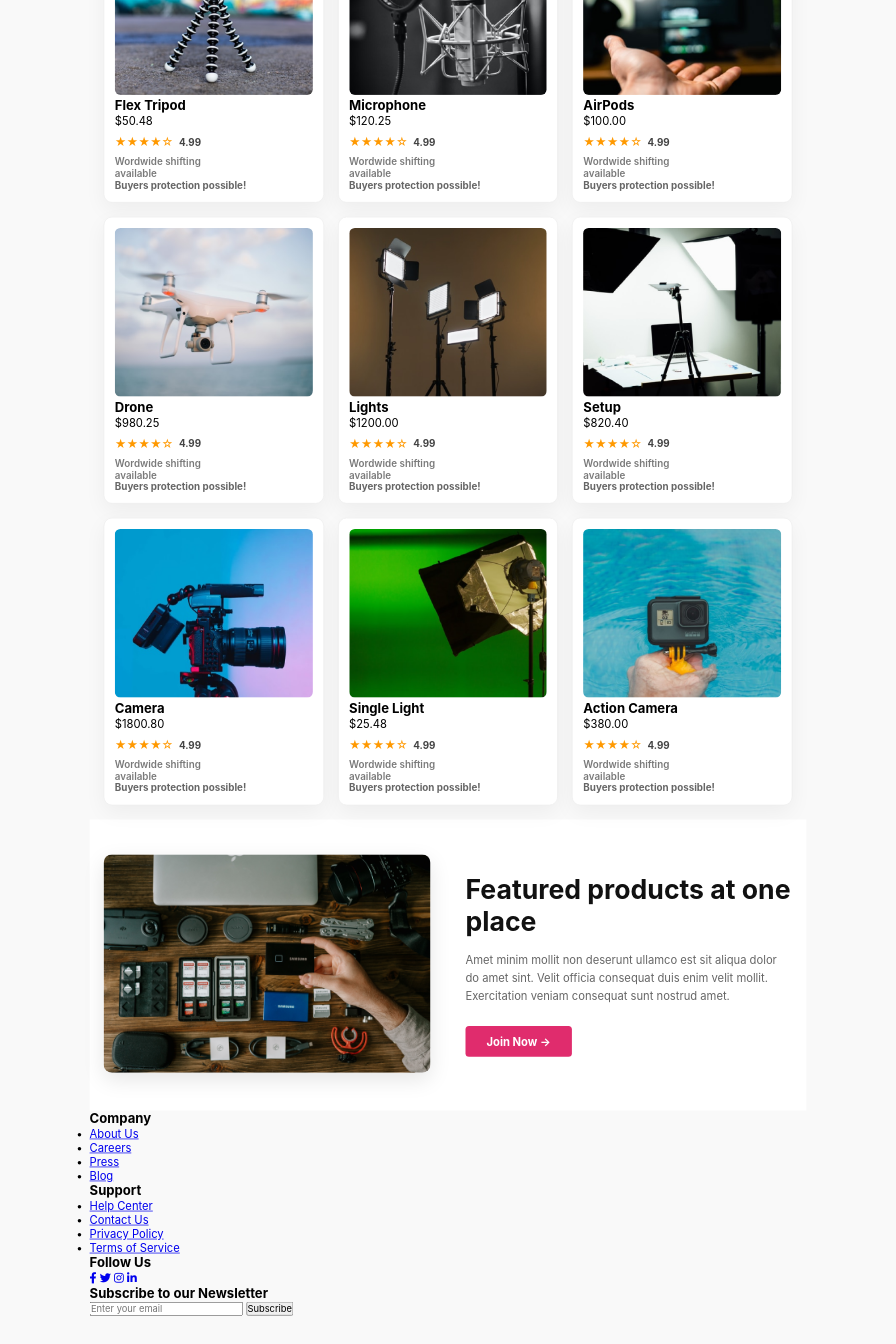
Repository: Saiful21Islam/Influencer-products
Page: it.html
These files come from the project's save history. The page is drawn as it stood at one moment and after the next save; the edit follows.
The browser window is 1280 px wide. The pictures show the part of the page from y = 1141 to 3061 px (the page is 3061 px tall before and 2768 px after), at 70% of full size.

Above is the page before, as saved 2026-03-11 12:07:25.

### it.html
<!DOCTYPE html>
<html lang="en">

<head>
    <meta charset="UTF-8">
    <meta name="viewport" content="width=device-width, initial-scale=1.0">
    <title>Influencer Products</title>
    <link rel="stylesheet" href="style.css">
    <link rel="stylesheet" href="https://cdnjs.cloudflare.com/ajax/libs/font-awesome/6.0.0/css/all.min.css">
</head>
<style>
    * {
        margin: 0;
        padding: 0;
        box-sizing: border-box;
        font-family: 'Inter', sans-serif;
    }

    body {
        background-color: #f9f9f9;
        padding: 40px 10%;
    }

    .product-grid {
        display: grid;
        grid-template-columns: repeat(3, 1fr);
        gap: 30px;
    }

    .product-card {
        background: #fff;
        padding: 15px;
        border-radius: 12px;
        text-align: left;
        box-shadow: 0 10px 30px rgba(0, 0, 0, 0.05);
        transition: 0.3s;
    }

    .product-card:hover {
        transform: translateY(-5px);
    }

    .thumbnail {
        width: 100%;
        height: auto;
        border-radius: 8px;
        overflow: hidden;
        margin-bottom: 15px;
    }

    .thumbnail img {
        width: 100%;
        height: 100%;
        object-fit: cover;
    }

    .card-content h3 {
        font-size: 22px;
        color: #3A3A3A;
        margin-bottom: 5px;
    }

    .price {
        font-size: 20px;
        font-weight: 500;
        margin-bottom: 10px;
    }

    .rating {
        display: flex;
        align-items: center;
        gap: 5px;
        margin-bottom: 10px;
    }

    .rating i {
        color: #FF9800;
        font-size: 14px;
    }

    .rating-number {
        color: #787885;
        font-size: 14px;
    }

    .desc {
        color: #787885;
        font-size: 14px;
        line-height: 1.5;
    }

    @media (max-width: 768px) {
        .product-grid {

            grid-template-columns: repeat(1, 1fr);
        }
    }
</style>

<body>

    <nav class="navbar">
        <a href="#" class="logo">Influencer products</a>
        <ul class="nav-links">
            <li><a href="#">Home</a></li>
            <li><a href="#">Products</a></li>
            <li><a href="#">Sign up</a></li>
            <li><a href="#">Log In</a></li>
            <div class="nav-icons">
                <i class="fa-solid fa-magnifying-glass"></i>
                <div class="cart-icon"><i class="fa-solid fa-cart-shopping"></i><span class="cart-dot"></span></div>
            </div>
        </ul>
    </nav>

    <header class="hero">
        <div class="hero-content">
            <h1>Start your Journey as Influencer</h1>
            <p>Lorem ipsum dolor sit amet, consectetur adipiscing elit. Sem vestibulum sed scelerisque eros. Lectus
                faucibus.</p>
            <a href="#" class="btn-pink">Preebook now <i class="fa-solid fa-arrow-right"></i></a>
        </div>
        <div class="hero-image-container">
            <img src="images/Circle design.svg" alt="Circle Background" class="circle-image">

            <img src="images/main-camera.png" alt="Fujifilm Camera" class="camera-image">
        </div>
        </div>
        </div>
    </header>

    <section class="brand-section">
        <div class="logos-container">
            <img src="logos/Alibaba.svg" alt="Brands">
            <img src="logos/amazon.svg" alt="Brands">
            <img src="logos/Daraz.pk Logo.svg" alt="Brands">
            <img src="logos/ebay.svg" alt="Brands">
            <img src="logos/Rakuten.svg" alt="Brands">
            <img src="logos/Target.svg" alt="Brands">
            <img src="logos/Walmart.svg" alt="Brands">
        </div>
    </section>

    <section class="collection-section">
        <h2 class="title">Popular Collection</h2>
        <div class="product-container">
            <div class="product-card">
                <img src="images/tripod.png" alt="Tripod">
                <h3>Flex Tripod</h3>
                <p>$50.48</p>
                <div class="stars">
                    ★★★★☆ <span class="rating-num">4.99</span>
                </div>

                <p class="details">Wordwide shifting</p>
                <p class="details">available</p>
                <p class="details">Buyers protection possible!</p>
            </div>

            <div class="product-card">
                <img src="images/mic.png" alt="Microphone">
                <h3>Microphone</h3>
                <p>$120.25</p>
                <div class="stars">
                    ★★★★☆ <span class="rating-num">4.99</span>
                </div>

                <p class="details">Wordwide shifting</p>
                <p class="details">available</p>
                <p class="details">Buyers protection possible!</p>
            </div>

            <div class="product-card">
                <img src="images/airpod.png" alt="airpod">
                <h3>AirPods</h3>
                <p>$100.00</p>
                <div class="stars">
                    ★★★★☆ <span class="rating-num">4.99</span>
                </div>

                <p class="details">Wordwide shifting</p>
                <p class="details">available</p>
                <p class="details">Buyers protection possible!</p>
            </div>

            <div class="product-card">
                <img src="images/drone.png" alt="drone">
                <h3>Drone</h3>
                <p>$980.25</p>
                <div class="stars">
                    ★★★★☆ <span class="rating-num">4.99</span>
                </div>

                <p class="details">Wordwide shifting</p>
                <p class="details">available</p>
                <p class="details">Buyers protection possible!</p>
            </div>

            <div class="product-card">
                <img src="images/lights.png" alt="Lights">
                <h3>Lights</h3>
                <p>$1200.00</p>
                <div class="stars">
                    ★★★★☆ <span class="rating-num">4.99</span>
                </div>

                <p class="details">Wordwide shifting</p>
                <p class="details">available</p>
                <p class="details">Buyers protection possible!</p>
            </div>

            <div class="product-card">
                <img src="images/setup.png" alt="Setup">
                <h3>Setup</h3>
                <p>$820.40</p>
                <div class="stars">
                    ★★★★☆ <span class="rating-num">4.99</span>
                </div>

                <p class="details">Wordwide shifting</p>
                <p class="details">available</p>
                <p class="details">Buyers protection possible!</p>
            </div>

            <div class="product-card">
                <img src="images/camera.png" alt="Camera">
                <h3>Camera</h3>
                <p>$1800.80</p>
                <div class="stars">
                    ★★★★☆ <span class="rating-num">4.99</span>
                </div>

                <p class="details">Wordwide shifting</p>
                <p class="details">available</p>
                <p class="details">Buyers protection possible!</p>
            </div>

            <div class="product-card">
                <img src="images/single-light.png" alt="Single Light">
                <h3>Single Light</h3>
                <p>$25.48</p>
                <div class="stars">
                    ★★★★☆ <span class="rating-num">4.99</span>
                </div>

                <p class="details">Wordwide shifting</p>
                <p class="details">available</p>
                <p class="details">Buyers protection possible!</p>
            </div>

            <div class="product-card">
                <img src="images/action.png" alt="Action Camera">
                <h3>Action Camera</h3>
                <p>$380.00</p>
                <div class="stars">
                    ★★★★☆ <span class="rating-num">4.99</span>
                </div>

                <p class="details">Wordwide shifting</p>
                <p class="details">available</p>
                <p class="details">Buyers protection possible!</p>
            </div>

        </div>
    </section>
    </section>
    <section class="featured-section">
        <div class="featured-container">
            <div class="featured-image">
                <img src="images/gear.png" alt="Featured Gear">
            </div>

            <div class="featured-content">
                <h2>Featured products at one place</h2>
                <p>Amet minim mollit non deserunt ullamco est sit aliqua dolor do amet sint. Velit officia consequat
                    duis enim velit mollit. Exercitation veniam consequat sunt nostrud amet.</p>
                <a href="#" class="join-btn">Join Now &rarr;</a>
            </div>
        </div>
    </section>

    <footer>
        <div class="footer-container">
            <div class="footer-section">
                <h3>Company</h3>
                <ul>
                    <li><a href="#">About Us</a></li>
                    <li><a href="#">Careers</a></li>
                    <li><a href="#">Press</a></li>
                    <li><a href="#">Blog</a></li>
                </ul>
            </div>

            <div class="footer-section">
                <h3>Support</h3>
                <ul>
                    <li><a href="#">Help Center</a></li>
                    <li><a href="#">Contact Us</a></li>
                    <li><a href="#">Privacy Policy</a></li>
                    <li><a href="#">Terms of Service</a></li>
                </ul>
            </div>

            <div class="footer-section">
                <h3>Follow Us</h3>
                <div class="social-icons">
                    <a href="#"><i class="fab fa-facebook-f"></i></a>
                    <a href="#"><i class="fab fa-twitter"></i></a>
                    <a href="#"><i class="fab fa-instagram"></i></a>
                    <a href="#"><i class="fab fa-linkedin-in"></i></a>
                </div>
            </div>

            <div class="footer-section newsletter">
                <h3>Subscribe to our Newsletter</h3>
                <form action="#">
                    <input type="email" placeholder="Enter your email" required>
                    <button type="submit">Subscribe</button>
                </form>
            </div>
        </div>
    </footer>
</body>

</html>

### style.css
.hero {
    display: flex;
    align-items: center;
    justify-content: space-around;
    padding: 50px 10%;
    background-color: #fff;
    min-height: 80vh;
    flex-wrap: wrap;
}

.hero-content {
    flex: 1;
    min-width: 300px;
}

.hero-content h1 {
    font-size: 52px;
    line-height: 1.2;
    margin-bottom: 20px;
    color: #3A3A3A;
}

.hero-content p {
    font-size: 16px;
    color: #6C6C6C;
    margin-bottom: 30px;
    max-width: 450px;
}

.btn-pink {
    background-color: #E02C6D;
    color: white;
    padding: 12px 25px;
    text-decoration: none;
    border-radius: 50px;
    font-weight: bold;
    display: inline-block;
}

.hero-image-container {
    flex: 1;
    position: relative;
    display: flex;
    justify-content: center;
    align-items: center;
    min-width: 300px;
}

.camera-image {
    width: 100%;
    max-width: 450px;
    position: relative;
    z-index: 2;
}

.circle-image {
    position: absolute;
    width: 110%;
    z-index: 1;
}

@media (max-width: 768px) {
    .hero {
        flex-direction: column-reverse;
        text-align: center;
        padding: 30px 5%;
    }
    .hero-content {
        margin-top: 30px;
    }
    .hero-content h1 {
        font-size: 32px;
    }
    .hero-image-container {
        width: 100%;
    }
    .camera-image {
        max-width: 300px;
    }
}
{
    margin: 0;
    padding: 0;
    box-sizing: border-box;
    font-family: 'Inter', sans-serif;
}

/* Navbar */
.navbar {
    display: flex;
    justify-content: space-between;
    padding: 20px 10%;
    align-items: center;
}
.logo { font-size: 24px; font-weight: bold; color: #3A3A3A; text-decoration: none; }
.nav-links { display: flex; list-style: none; align-items: center; }
.nav-links li { margin-left: 25px; }
.nav-links a { text-decoration: none; color: #3A3A3A; font-weight: 500; }
.nav-icons { display: flex; margin-left: 20px; gap: 20px; font-size: 18px; }

/* Hero */
.hero {
    display: flex;
    padding: 50px 10%;
    align-items: center;
}
.hero-content h1 { font-size: 52px; color: #3A3A3A; margin-bottom: 15px; }
.btn-pink {
    background: #E02C6D;
    color: white;
    padding: 10px 25px;
    border-radius: 50px;
    text-decoration: none;
    display: inline-block;
    margin-top: 20px;
}
.hero-image img { width: 400px; }

/* Brands */
.brand-section {
    padding: 40px 10%;
    border-top: 1px solid #eee;
    border-bottom: 1px solid #eee;
    margin: 50px 0;
}

.logos-container {
    display: flex;
    justify-content: space-between;
    align-items: center;
    flex-wrap: wrap;
}

.logos-container img {
    height: 35px;
    width: auto;
}

.hero-image-container {
    position: relative;
    width: 500px;
    height: 500px;
    display: flex;
    justify-content: center;
    align-items: center;
}

.circle-image {
    position: absolute;
    width: 450px;
    height: auto;
    z-index: 1;
    opacity: 0.8;
}
.camera-image {
    position: relative;
    width: 100%;
    max-width: 480px;
    z-index: 2;
    filter: drop-shadow(0 20px 30px rgba(0,0,0,0.1));
}

.product-container {
  display: flex;
  flex-wrap: wrap;
  gap: 20px;
  justify-content: center;
  padding: 20px;
}

.product-card {
  flex: 1 1 310px;
  max-width: 350px;
  background: #fff;
  border: 1px solid #eee;
  border-radius: 12px;
  padding: 15px;
  box-shadow: 0 5px 15px rgba(0,0,0,0.05);
  transition: transform 0.3s ease;
}

.product-card:hover {
  transform: translateY(-5px);
}

.product-card img {
  width: 100%;
  height: auto;
  border-radius: 8px;
}

@media (max-width: 768px) {
  .product-container {
    gap: 15px;
    padding: 10px;
  }
}

@media (max-width: 480px) {
  .product-card {
    flex: 1 1 100%;
    max-width: 100%;
    margin: 0 auto;
  }
}

.stars {
    display: flex;
    align-items: center;
    color: #FF9900;
    font-size: 16px;
    margin: 10px 0;
}

.star-half {
    position: relative;
    display: inline-block;
    color: #ccc;
}

.star-half::after {
    content: '★';
    position: absolute;
    left: 0;
    top: 0;
    width: 50%;
    overflow: hidden;
    color: #FF9900;
}

.rating-num {
    color: #444;
    font-size: 14px;
    font-weight: bold;
    margin-left: 8px;
}

.details {
    font-size: 14px;
    color: #7a7a7a;
    margin: 0;
    line-height: 1.2;
    font-weight: 600;
}

.details:last-child {
    font-weight: 700;
    color: #666;
}

.title {
    text-align: center;
    font-size: 28px;
    font-weight: 700;
    color: #333;
    margin-bottom: 40px;
}

.featured-section {
    padding: 50px 20px;
    background-color: #fff;
}

.featured-container {
    max-width: 1100px;
    margin: 0 auto;
    display: flex;
    align-items: center;
    gap: 50px;

.featured-image {
    flex: 1;
}

.featured-image img {
    width: 100%;
    border-radius: 12px;
    box-shadow: 0 10px 30px rgba(0,0,0,0.1);
}

.featured-content {
    flex: 1;
}

.featured-content h2 {
    font-size: 38px;
    color: #111;
    margin-bottom: 20px;
}

.featured-content p {
    font-size: 16px;
    color: #666;
    line-height: 1.6;
    margin-bottom: 30px;
}

.join-btn {
    display: inline-block;
    background-color: #E02C6D;
    color: white;
    padding: 12px 30px;
    text-decoration: none;
    font-weight: bold;
    border-radius: 5px;
    transition: 0.3s;
}

.join-btn:hover {
    background-color: #c2255c;
}

@media (max-width: 768px) {
    .featured-container {
        flex-direction: column;
        text-align: center;
        gap: 30px;
    }
    .featured-content h2 {
        font-size: 28px;
    }
}


/* ১. ফুটারের মূল ব্যাকগ্রাউন্ড - যা পুরো স্ক্রিন জুড়ে থাকবে */
footer {
    background-color: #0A0826 !important; /* ছবির হুবহু ডার্ক ব্লু */
    color: white;
    padding: 80px 0; /* ওপরে নিচে গ্যাপ ছবির মতো */
    font-family: 'Poppins', sans-serif;
    width: 100%;
    display: block;
    margin-top: 50px;
}

/* ২. ভেতরের কন্টেইনারকে সাজানো */
.footer-container {
    max-width: 1200px; /* কন্টেন্টগুলো মাঝখানে রাখার জন্য */
    margin: 0 auto;
    display: flex;
    flex-wrap: wrap;
    justify-content: space-between;
    padding: 0 20px;
}

/* ৩. প্রতিটি সেকশনের ডিজাইন */
.footer-section {
    flex: 1;
    min-width: 200px;
    margin-bottom: 30px;
}

.footer-section h3 {
    font-size: 20px;
    margin-bottom: 20px;
    color: white;
}

.footer-section ul {
    list-style: none;
    padding: 0;
}

.footer-section ul li {
    margin-bottom: 10px;
}

.footer-section ul li a {
    color: rgba(255, 255, 255, 0.7);
    text-decoration: none;
    transition: 0.3s;
}

.footer-section ul li a:hover {
    color: white;
}

/* ৪. সোশ্যাল আইকন ডিজাইন (আপনার ছবির মতো গোল গোল) */
.social-icons {
    display: flex;
    gap: 15px;
}

.social-icons a {
    color: white;
    background: rgba(255, 255, 255, 0.1); /* হালকা গোল শেড */
    width: 40px;
    height: 40px;
    display: flex;
    align-items: center;
    justify-content: center;
    border-radius: 50%;
    text-decoration: none;
    transition: 0.3s;
}

.social-icons a:hover {
    background: rgba(255, 255, 255, 0.2);
    transform: translateY(-3px);
}

/* ৫. নিউজলেটার ফরম ডিজাইন */
.newsletter form {
    display: flex;
    gap: 10px;
}

.newsletter input {
    padding: 10px;
    border-radius: 5px;
    border: none;
    width: 60%;
}

.newsletter button {
    padding: 10px 20px;
    background-color: #E91E63; /* ছবির মতো পিঙ্কিশ-রেড কালার */
    color: white;
    border: none;
    border-radius: 5px;
    cursor: pointer;
    font-weight: bold;
}

/* মোবাইল রেসপন্সিভ */
@media (max-width: 768px) {
    .footer-container {
        flex-direction: column;
        text-align: center;
    }
    .social-icons {
        justify-content: center;
    }
    .newsletter form {
        justify-content: center;
    }
}

After the next save:
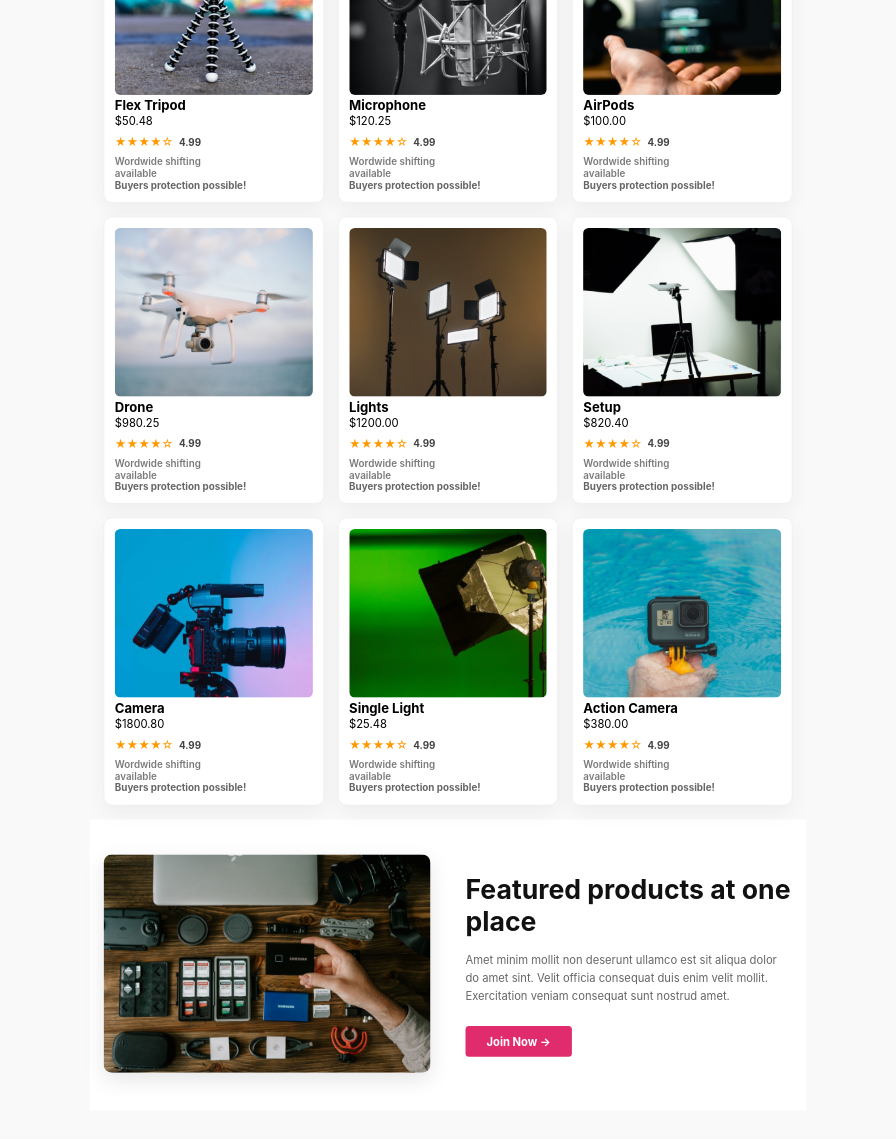
Saved 24 s later.
--- a/it.html
+++ b/it.html
@@ -279,47 +279,7 @@
         </div>
     </section>
 
-    <footer>
-        <div class="footer-container">
-            <div class="footer-section">
-                <h3>Company</h3>
-                <ul>
-                    <li><a href="#">About Us</a></li>
-                    <li><a href="#">Careers</a></li>
-                    <li><a href="#">Press</a></li>
-                    <li><a href="#">Blog</a></li>
-                </ul>
-            </div>
-
-            <div class="footer-section">
-                <h3>Support</h3>
-                <ul>
-                    <li><a href="#">Help Center</a></li>
-                    <li><a href="#">Contact Us</a></li>
-                    <li><a href="#">Privacy Policy</a></li>
-                    <li><a href="#">Terms of Service</a></li>
-                </ul>
-            </div>
-
-            <div class="footer-section">
-                <h3>Follow Us</h3>
-                <div class="social-icons">
-                    <a href="#"><i class="fab fa-facebook-f"></i></a>
-                    <a href="#"><i class="fab fa-twitter"></i></a>
-                    <a href="#"><i class="fab fa-instagram"></i></a>
-                    <a href="#"><i class="fab fa-linkedin-in"></i></a>
-                </div>
-            </div>
-
-            <div class="footer-section newsletter">
-                <h3>Subscribe to our Newsletter</h3>
-                <form action="#">
-                    <input type="email" placeholder="Enter your email" required>
-                    <button type="submit">Subscribe</button>
-                </form>
-            </div>
-        </div>
-    </footer>
+
 </body>
 
 </html>
